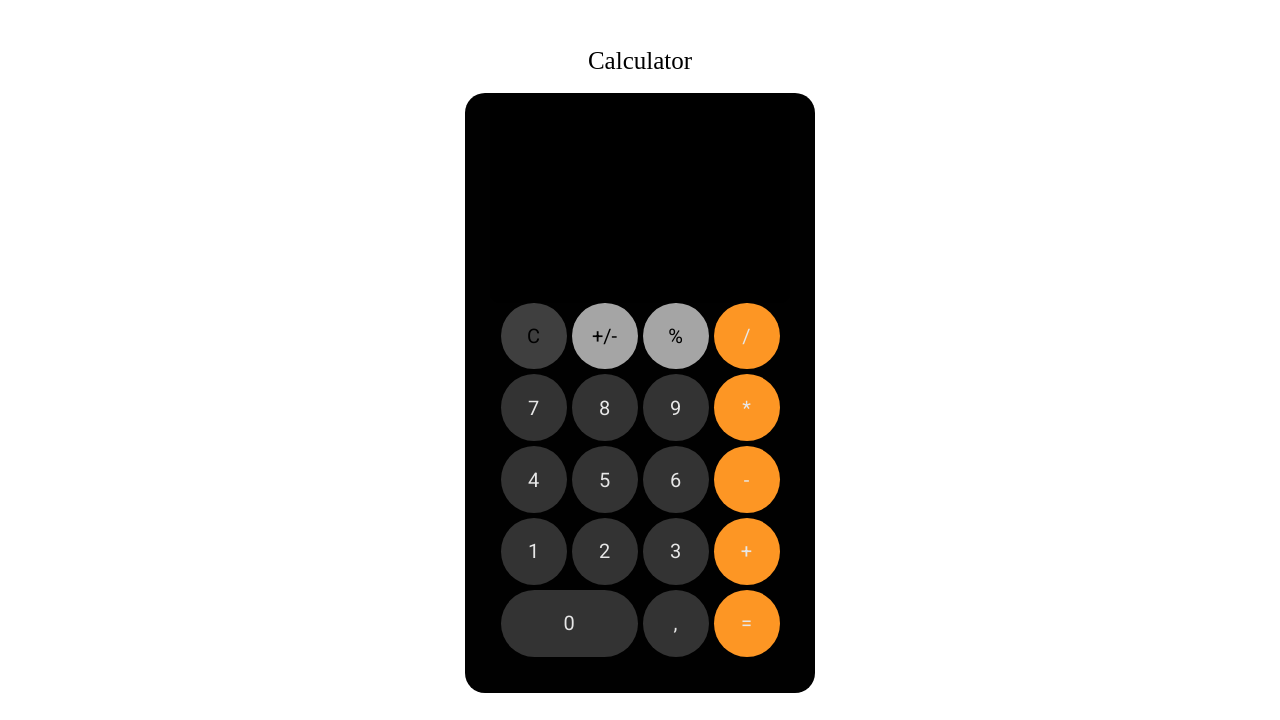
Repository: Gibon9/SimpleCalc
Page: index.html
An editor plug-in stored every save of this project. The page is shown before and after the next save, followed by the edit.
The browser window is 1280 px wide. The pictures show the whole page.
The pointer rests on the first visible `.calc-button-secondary`.
Some web fonts or font styles are not loaded; a fallback is used.

Above is the page before, as saved 2020-11-27 19:53:49.

### index.html
<!DOCTYPE html>
<html lang="en">
  <head>
    <meta charset="UTF-8" />
    <meta name="viewport" content="width=device-width, initial-scale=1.0" />
    <link rel="stylesheet" href="style/reset.css" />
    <link rel="stylesheet" href="style/style.css" />
    <title>Calculator</title>
  </head>

  <body>
    <main class="main">
      <h1 class="title">Calculator</h1>
      <section class="clac">
        <div class="calc-display" id="display"></div>
        <section class="keyboard" id="keyboard">
          <button class="calc-button calc-button-secondary c-btn" id="clear">
            C
          </button>
          <button
            class="calc-button calc-button-secondary plus-minus-btn"
            id="plus-minus"
          >
            +/-
          </button>
          <button
            class="calc-button calc-button-secondary percent-btn"
            id="percent"
          >
            %
          </button>
          <button class="calc-button one-btn" id="btn1">1</button>
          <button class="calc-button two-btn" id="btn2">2</button>
          <button class="calc-button three-btn" id="btn3">3</button>
          <button class="calc-button four-btn" id="btn4">4</button>
          <button class="calc-button five-btn" id="btn5">5</button>
          <button class="calc-button six-btn" id="btn6">6</button>
          <button class="calc-button seven-btn" id="btn7">7</button>
          <button class="calc-button eight-btn" id="btn8">8</button>
          <button class="calc-button nine-btn" id="btn9">9</button>
          <button class="calc-button zero-btn" id="btn0">0</button>
          <button class="calc-button calc-button-operation plus-btn" id="plus">
            +
          </button>
          <button
            class="calc-button calc-button-operation minus-btn"
            id="minus"
          >
            -
          </button>
          <button
            class="calc-button calc-button-operation divide-btn"
            id="divide"
          >
            /
          </button>
          <button
            class="calc-button calc-button-operation multiply-btn"
            id="multiply"
          >
            *
          </button>
          <button
            class="calc-button calc-button-operation equal-btn"
            id="equal"
          >
            =
          </button>
          <button class="calc-button coma-btn" id="coma">,</button>
        </section>
      </section>
    </main>
    <script src="./index.js"></script>
  </body>
</html>

### style/style.css
@import url("https://fonts.googleapis.com/css2?family=Roboto&family=Saira+Stencil+One&display=swap");

:root {
  --background-color: #010101;
  --display-color: black;
  --primary-btn-color: #a5a5a5;
  --secondary-color: #333333;
  --secondary-btn-color: #fd9624;
  --text-color: #e7e7e7;
}

* {
  box-sizing: border-box;
}

.calc-display,
.title {
  font-family: "Saira Stencil One", cursive;
}

.calc-button {
  font-family: "Roboto", sans-serif;
}

.main {
  display: flex;
  flex-direction: column;
  justify-content: center;
  align-items: center;
  width: 100vw;
  height: 100vh;
}

.title {
  font-size: 25px;
  margin: 20px 0;
}

.clac {
  width: 350px;
  height: 600px;
  background-color: var(--background-color);
  border-radius: 20px;
}

.calc-display {
  margin: 0 auto;
  width: 300px;
  height: 35%;
  background-color: var(--display-color);
  color: var(--text-color);
  border-radius: 10px;
  font-size: 40px;
}

.keyboard {
  height: 65%;
  display: grid;
  grid-template-columns: repeat(10, 1fr);
  grid-template-rows: repeat(11, 1fr);
  gap: 5px 5px;
}

.calc-button {
  cursor: pointer;
  font-size: 20px;
  color: var(--text-color);
  background-color: var(--secondary-color);
  border-radius: 50%;
  border: none;
}

.calc-button:hover {
  background-color: #3f3f3f;
}

.calc-button-operation {
  background-color: var(--secondary-btn-color);
}

.calc-button-operation:hover {
  background-color: #ff971f;
}

.calc-button-secondary {
  background-color: var(--primary-btn-color);
  color: var(--background-color);
}

.c-btn {
  grid-column: 2/4;
  grid-row: 1/3;
}

.plus-minus-btn {
  grid-column: 4/6;
  grid-row: 1/3;
}

.percent-btn {
  grid-column: 6/8;
  grid-row: 1/3;
}

.divide-btn {
  grid-column: 8/10;
  grid-row: 1/3;
}

.seven-btn {
  grid-column: 2/4;
  grid-row: 3/5;
}

.eight-btn {
  grid-column: 4/6;
  grid-row: 3/5;
}

.nine-btn {
  grid-column: 6/8;
  grid-row: 3/5;
}

.multiply-btn {
  grid-column: 8/10;
  grid-row: 3/5;
}

.four-btn {
  grid-column: 2/4;
  grid-row: 5/7;
}

.five-btn {
  grid-column: 4/6;
  grid-row: 5/7;
}

.six-btn {
  grid-column: 6/8;
  grid-row: 5/7;
}

.minus-btn {
  grid-column: 8/10;
  grid-row: 5/7;
}

.one-btn {
  grid-column: 2/4;
  grid-row: 7/9;
}

.two-btn {
  grid-column: 4/6;
  grid-row: 7/9;
}

.three-btn {
  grid-column: 6/8;
  grid-row: 7/9;
}

.plus-btn {
  grid-column: 8/10;
  grid-row: 7/9;
}

.zero-btn {
  grid-column: 2/6;
  grid-row: 9/11;
  border-radius: 50px;
}

.coma-btn {
  grid-column: 6/8;
  grid-row: 9/11;
}

.equal-btn {
  grid-column: 8/10;
  grid-row: 9/11;
}

Loaded but not shown: style/reset.css (common file); index.js (no copy from this time; the picture is the same without it)

After the next save:
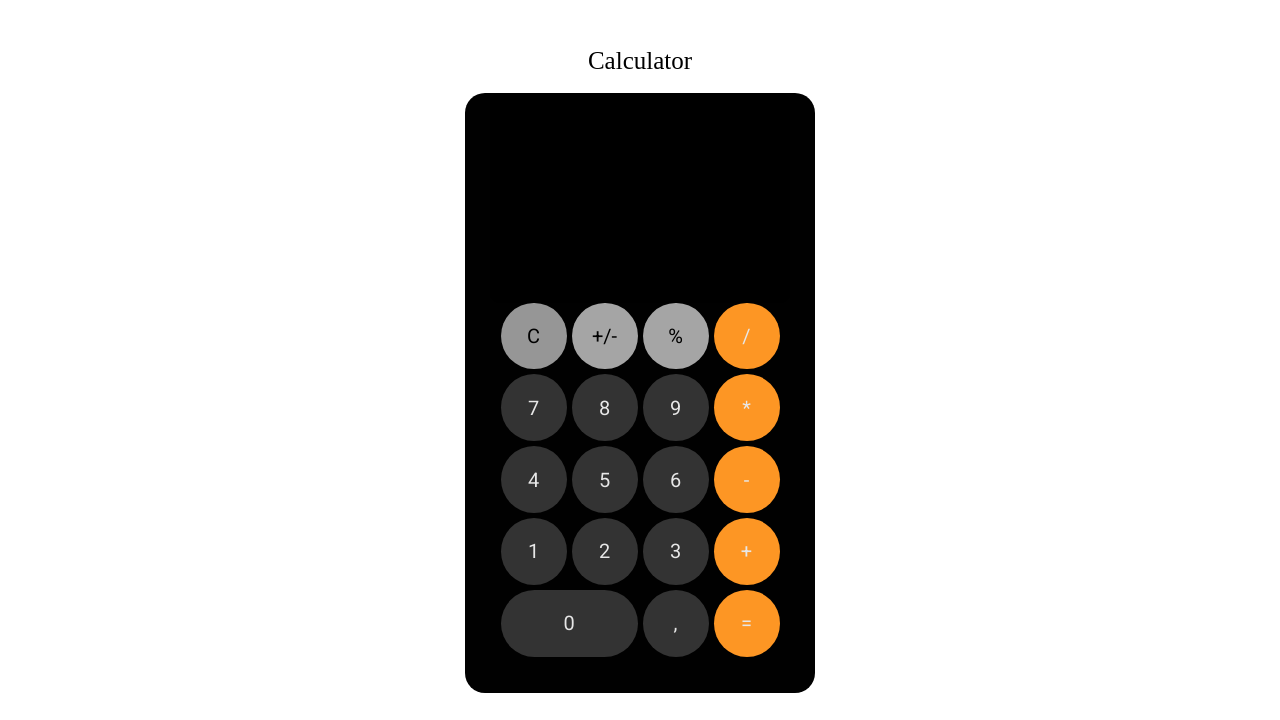
Saved 64 s later.
--- a/style/style.css
+++ b/style/style.css
@@ -85,6 +85,10 @@
 .calc-button-secondary {
   background-color: var(--primary-btn-color);
   color: var(--background-color);
+}
+
+.calc-button-secondary:hover {
+  background-color: #969696;
 }
 
 .c-btn {
